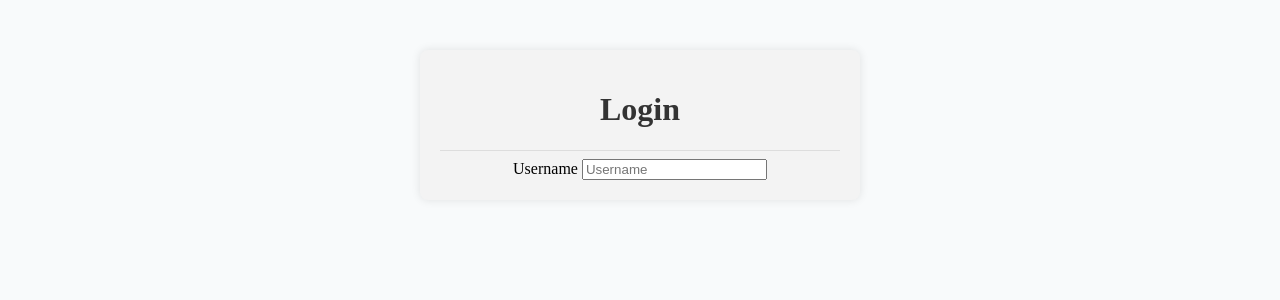
Repository: Ndifoinhilary/authentication
Page: http://localhost/auth/register/
An editor plug-in stored every save of this project. The page is shown before and after the next save, followed by the edit.
The browser window is 1280 px wide. The pictures show the whole page.
The page is served by the project's application, run on Django 3.2 (manage.py).

Above is the page before, as saved 2024-01-05 06:23:57.

After the next save:
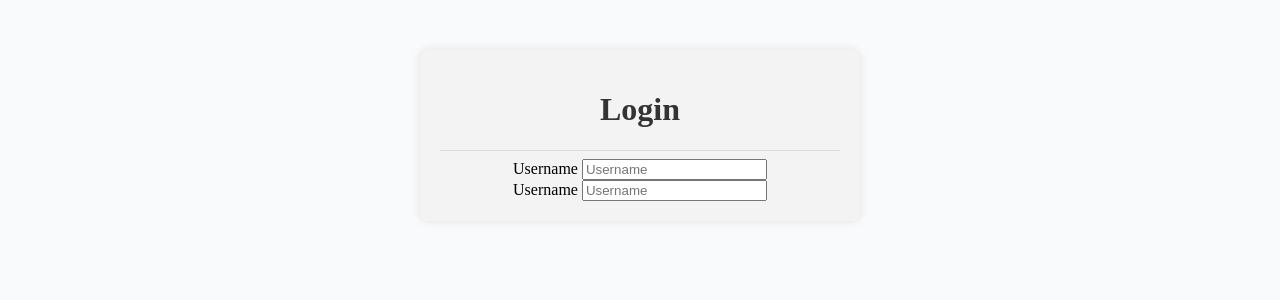
Saved 4 min 3 s later.
--- a/Auth/templates/register.html
+++ b/Auth/templates/register.html
@@ -34,6 +34,10 @@
                 <input type="text" name="username" id="username" class="form-control mb-4" placeholder="Username" required>
               </div>
 
+              <div class="input">
+                <label for="username">Username</label>
+                <input type="text" name="username" id="username" class="form-control mb-4" placeholder="Username" required>
+              </div
 
             </form>
     </div>
--- a/static/css/register.css
+++ b/static/css/register.css
@@ -26,3 +26,5 @@ hr {
     border: 0;
     border-top: 1px solid #ddd;
 }
+
+.form-border
